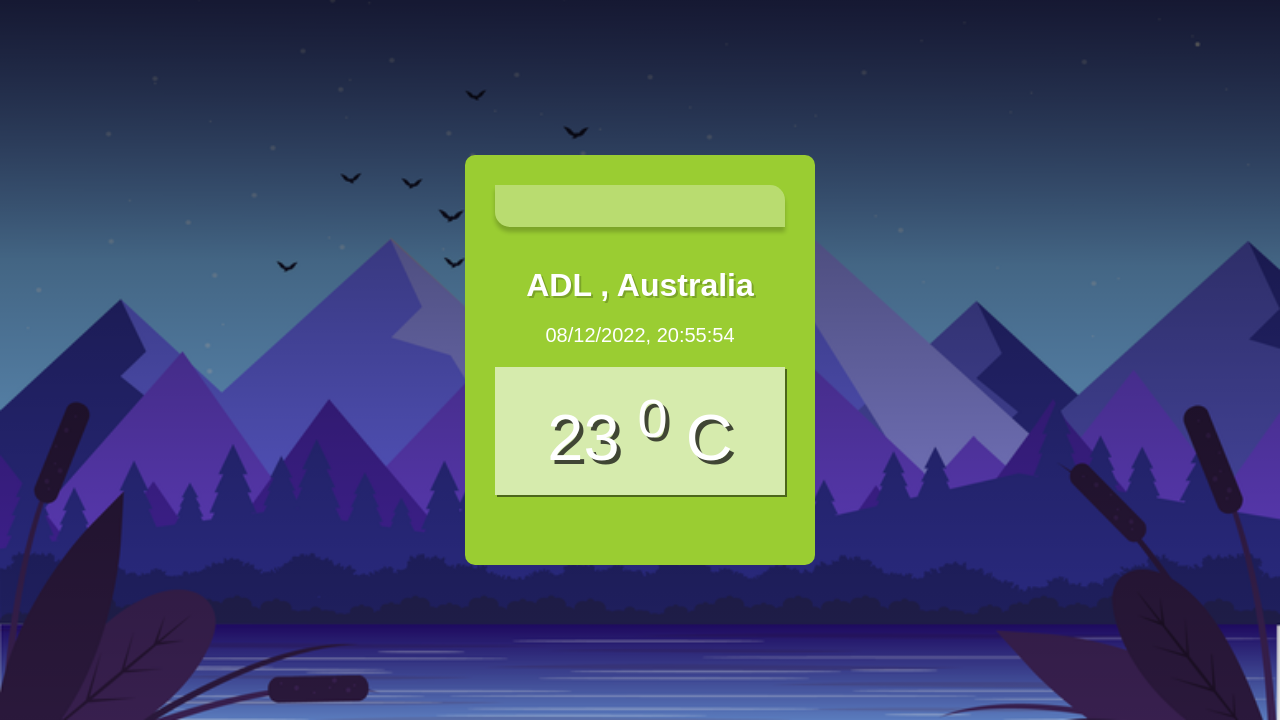
Repository: andrewhuynh561/weather-app-1
Page: index.html
An editor plug-in stored every save of this project. The page is shown before and after the next save, followed by the edit.
The browser window is 1280 px wide. The pictures show the whole page.

Above is the page before, as saved 2022-12-08 21:01:51.

### index.html
<!DOCTYPE html>
<html lang="en">
<head>
    <meta charset="UTF-8">
    <meta http-equiv="X-UA-Compatible" content="IE=edge">
    <meta name="viewport" content="width=device-width, initial-scale=1.0">
    <title>Weather app</title>
    <link
     rel="stylesheet"
     href="https://cdnjs.cloudflare.com/ajax/libs/font-awesome/6.0.0-beta2/css/all.min.css"
     integrity="sha512-YWzhKL2whUzgiheMoBFwW8CKV4qpHQAEuvilg9FAn5VJUDwKZZxkJNuGM4XkWuk94WCrrwslk8yWNGmY1EduTA=="
     crossorigin="anonymous"
     referrerpolicy="no-referrer">
    <link rel="stylesheet" href="style.css">
</head>
<body>
    <div id="weather">
        <input type="text" class="search">
        <div class="content">
            <h1 class="capital">
                <span class="city">ADL</span>
                <span>,</span>
                <span class="country">Australia</span>
            </h1>
            <div class="time">08/12/2022, 20:55:54</div>
            <div class="temperature">
                <span class="value">23 <sup>0</sup> C</span>
            </div>
        </div>
    </div>

</body>
</html>

### style.css
*{
    margin: 0;
    padding: 0;
    box-sizing: border-box;
}
body{
    font-family: sans-serif;
    height: 100vh;
    display: flex;
    justify-content: center;
    align-items: center;
    background: linear-gradient(to bottom, rgba(0,0,0,0.7),rgba(0,0,0,0.1)),url(./image/222.png)  no-repeat center/cover;
}

#weather{
    width: 350px;
    border-radius:10px ;
    padding: 30px 30px;
    background: yellowgreen;
}

.search{
    width: 100%;
    padding: 10px 20px;
    border: none;
    outline: none;
    background: rgba(255,255,255,0.3);
    border-radius: 0 15px 0 15px;
    box-shadow:0 5px 4px rgba(0,0,0,0.2);
    transition:0.4s ;
    font-size: 19px;
}
.search:focus{
    background: rgba(255,255,255,0.7);
    border-radius: 15px 0 15px 0;
}
.content{
    text-align: center;
    color: white;
    margin: 40px 0;
}
.capital{
    text-shadow: 2px 2px rgba(0,0,0,0.2);
}
.time{
    margin: 20px 0;
    font-size: 15pt;
}
.temperature{
    font-size: 65px;
    text-shadow: 4px 4px rgba(0,0,0,0.7);
    background: rgba(255,255,255,0.6);
    padding: 20px ;
    box-shadow: 2px 2px rgba(0,0,0,0.5);
}

After the next save:
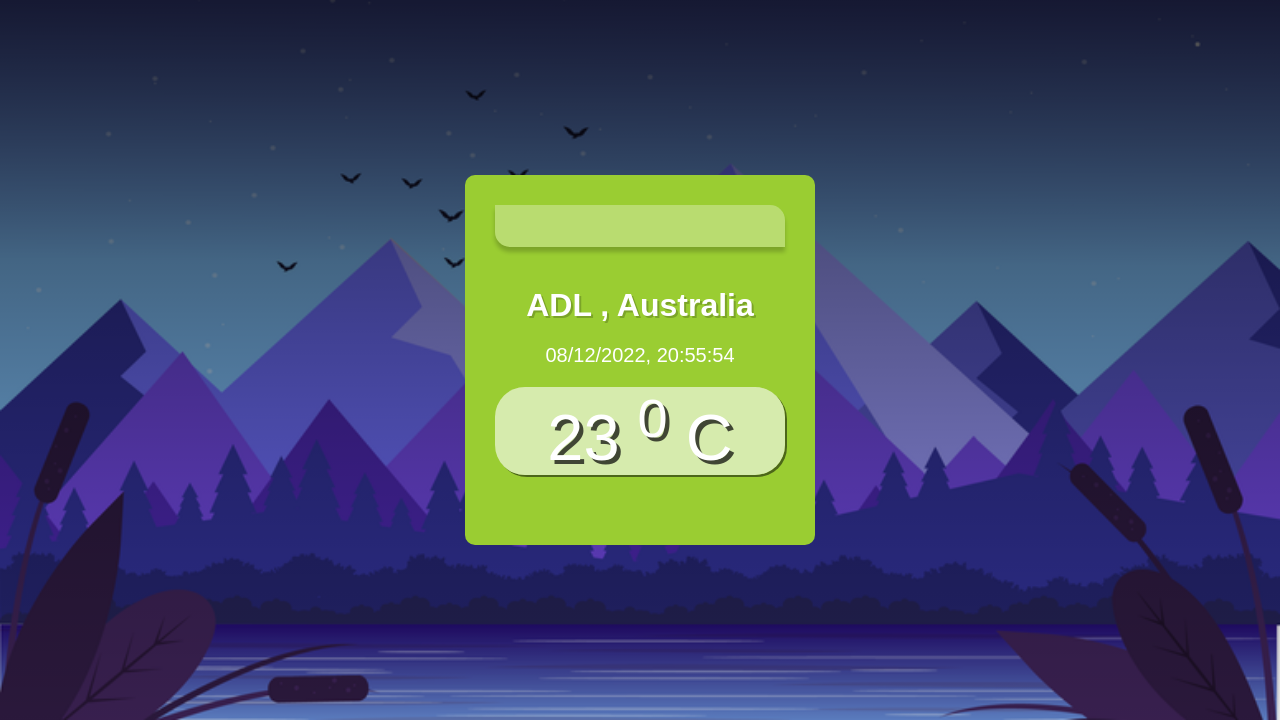
Saved 89 s later.
--- a/style.css
+++ b/style.css
@@ -50,6 +50,7 @@
     font-size: 65px;
     text-shadow: 4px 4px rgba(0,0,0,0.7);
     background: rgba(255,255,255,0.6);
-    padding: 20px ;
     box-shadow: 2px 2px rgba(0,0,0,0.5);
+    border: none;
+    border-radius: 30px;
 }

After the save that followed:
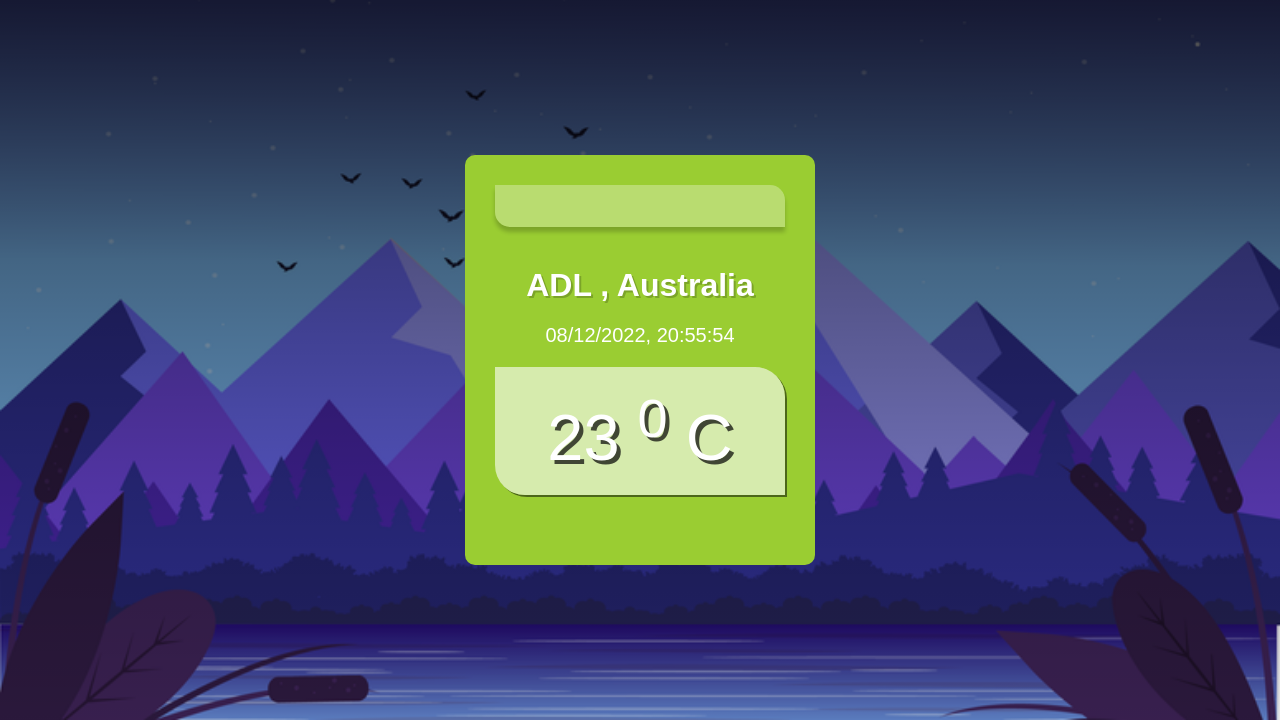
Saved 25 s later.
--- a/style.css
+++ b/style.css
@@ -52,5 +52,6 @@
     background: rgba(255,255,255,0.6);
     box-shadow: 2px 2px rgba(0,0,0,0.5);
     border: none;
-    border-radius: 30px;
+    border-radius: 0 30px;
+    padding: 20px;
 }
